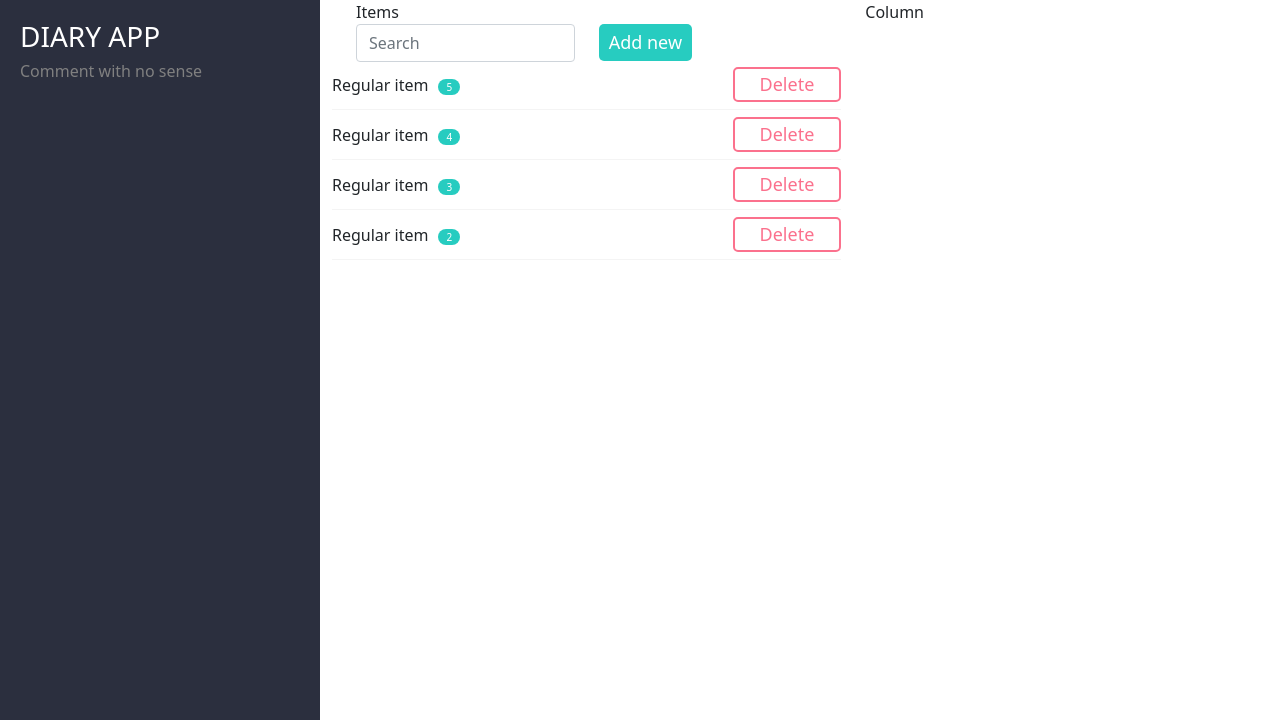
Repository: tsydikov/diary
Page: /
These files come from the project's save history. The page is drawn as it stood at one moment and after the next save; the edit follows.
The browser window is 1280 px wide. The pictures show the whole page.
The project was rebuilt for these pictures with package versions that can differ from the ones it lists, and the page was loaded fresh each time.

Above is the page before, as saved 2021-09-10 20:30:05.

After the next save:
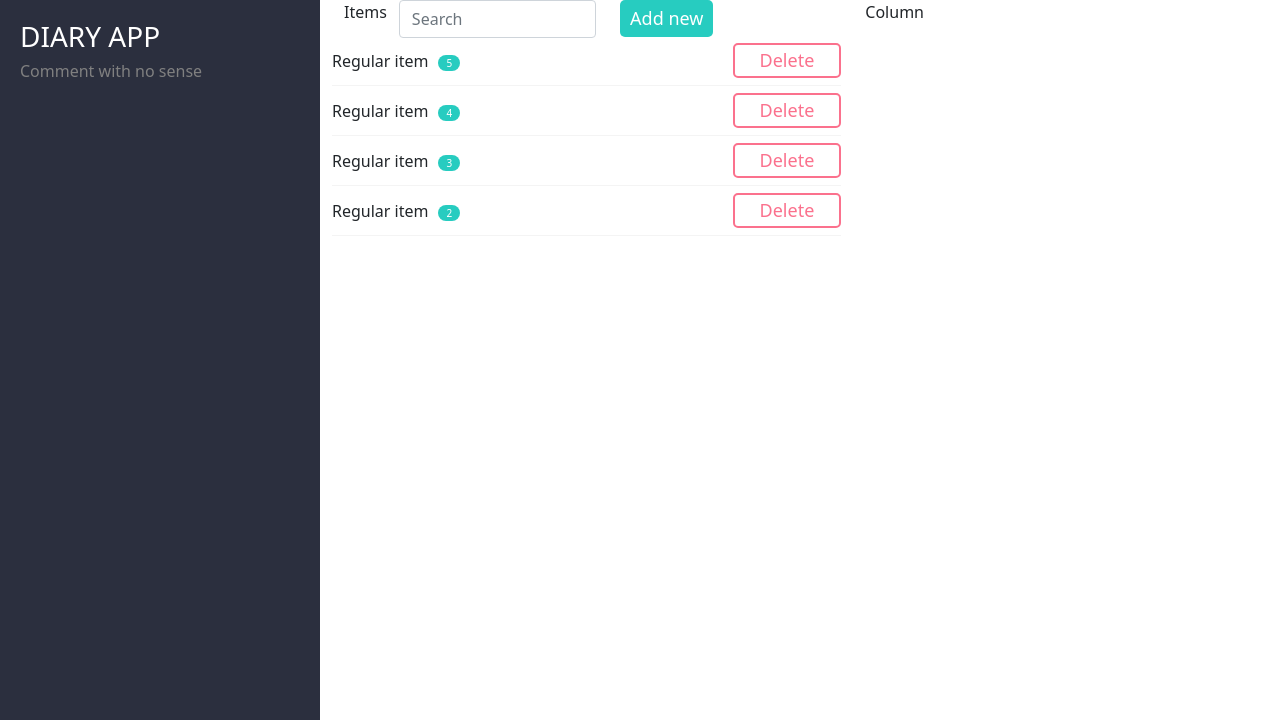
Saved 8 s later.
--- a/src/App.js
+++ b/src/App.js
@@ -21,8 +21,9 @@
         <div class="col-5">
 
           <div class="container">
-          Items
+
   <div class="row">
+  Items
     <div class="col">
     <input class="form-control me-2" type="search" placeholder="Search" aria-label="Search" />
     </div>

After the save that followed:
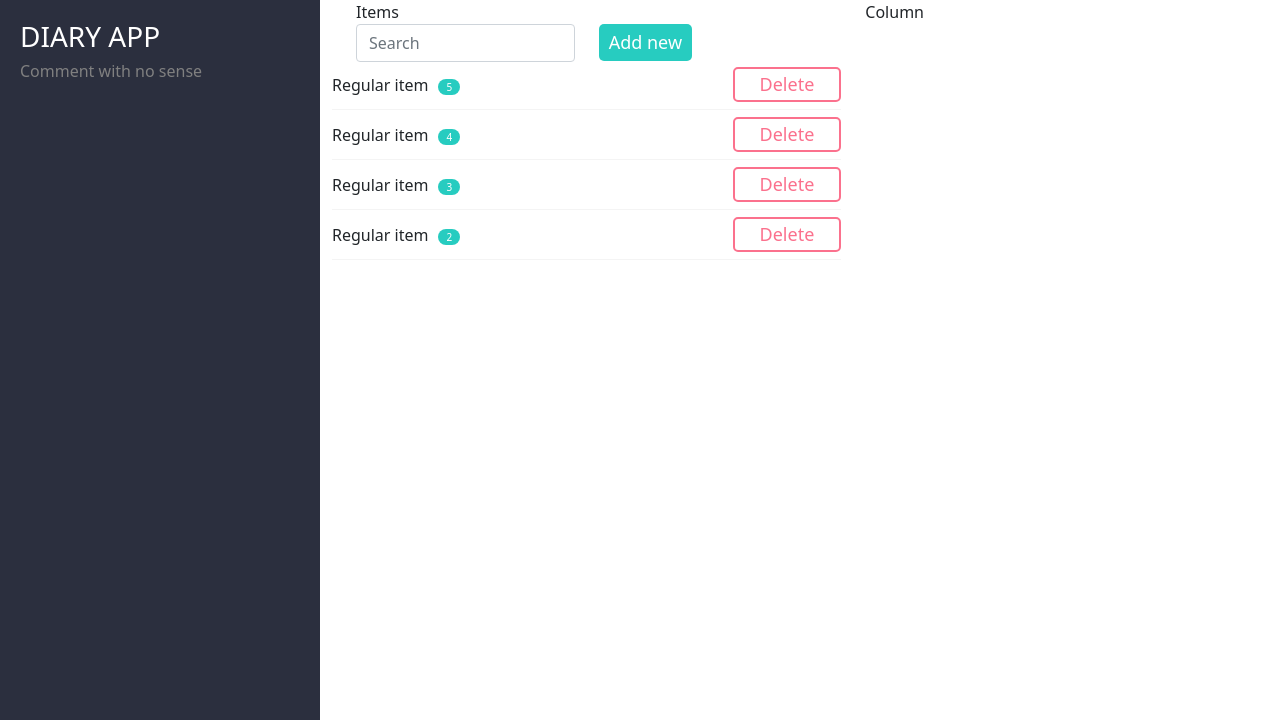
Saved 4 s later.
--- a/src/App.js
+++ b/src/App.js
@@ -21,9 +21,8 @@
         <div class="col-5">
 
           <div class="container">
-
+          Items
   <div class="row">
-  Items
     <div class="col">
     <input class="form-control me-2" type="search" placeholder="Search" aria-label="Search" />
     </div>
